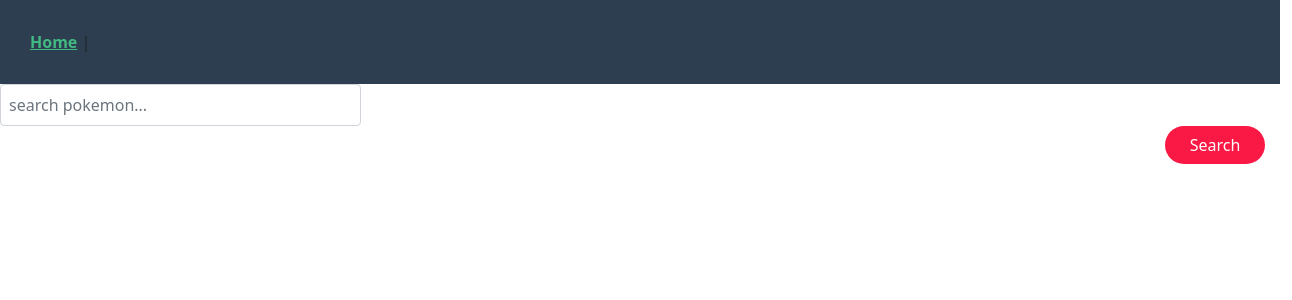
Repository: arif286/PokeDex-website
Page: /
An editor plug-in stored every save of this project. The page is shown before and after the next save, followed by the edit.
The browser window is 1280 px wide. The page is 1292 px wide, so the pictures cover 1292 px, including what lies to the right of the window. The pictures show the whole page.
The page's requests for data from a server got no answer. The project was rebuilt for these pictures with package versions that can differ from the ones it lists, and the page was loaded fresh each time. No one was signed in, and anything a server would have sent is missing. Also part of the build but not shown: src/views/About.vue.

Above is the page before, as saved 2021-06-04 01:41:04.

After the next save:
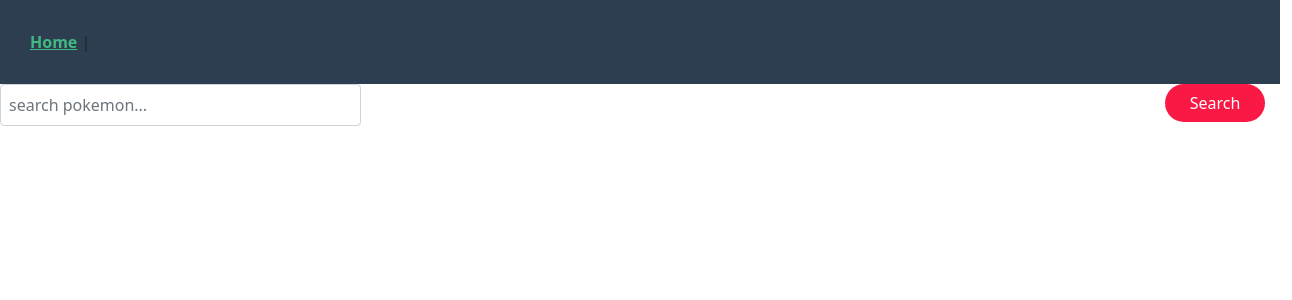
Saved 17 s later.
--- a/src/views/Home.vue
+++ b/src/views/Home.vue
@@ -1,6 +1,6 @@
 <template>
   <div class="row">
-    <div class="col-md-5 col-lg-4">
+    <div class="d-flex col-md-5 col-lg-4">
       <input
         @keyup="update"
         class="form-control searchBar"
